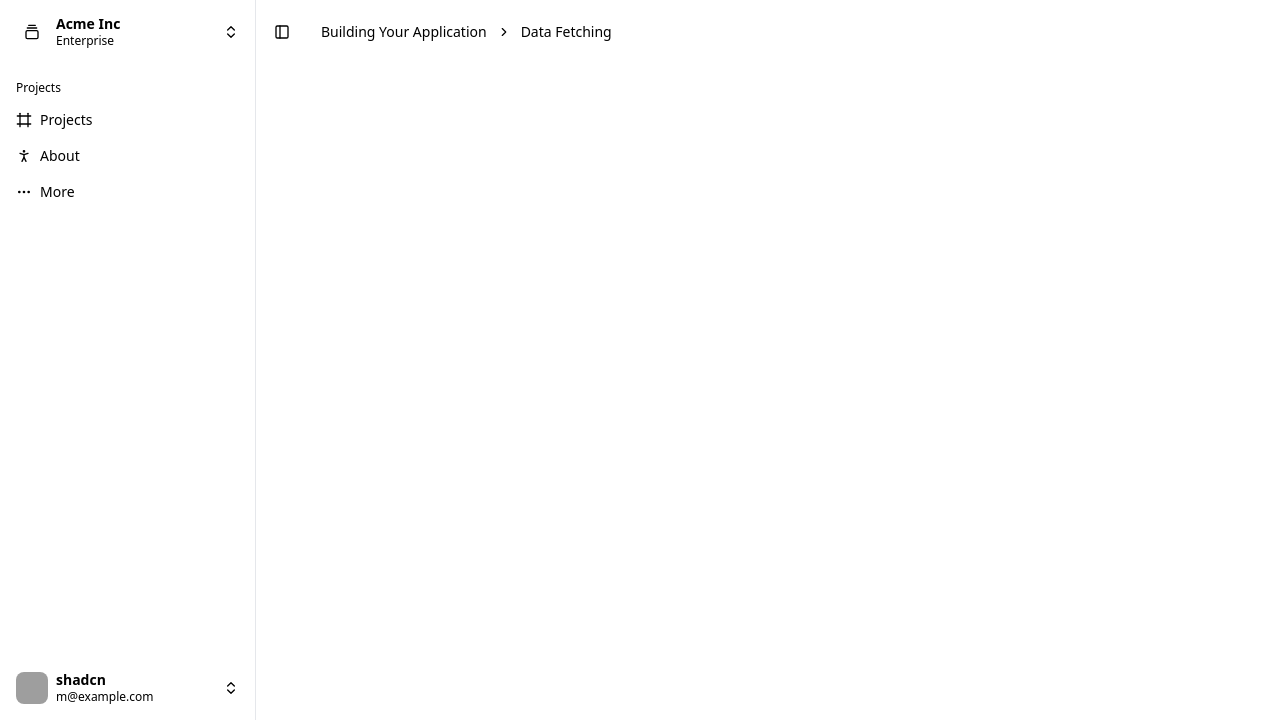
Repository: Kukaas/Kukaass-Portfolio
Page: /
These files come from the project's save history. The page is drawn as it stood at one moment and after the next save; the edit follows.
The browser window is 1280 px wide. The pictures show the whole page.
Pictures or frames that could not be fetched are drawn as grey boxes. The project was rebuilt for these pictures with package versions that can differ from the ones it lists, and the page was loaded fresh each time. Also part of the build but not shown: vite.config.js, src/components/ui/input.jsx, src/components/ui/sheet.jsx, src/components/ui/skeleton.jsx.

Above is the page before, as saved 2024-12-17 13:05:39.

### index.html
<!DOCTYPE html>
<html lang="en">
  <head>
    <meta charset="UTF-8" />
    <link rel="icon" type="image/svg+xml" href="/vite.svg" />
    <meta name="viewport" content="width=device-width, initial-scale=1.0" />
    <title>Kukaass Dev</title>
  </head>
  <body>
    <div id="root"></div>
    <script type="module" src="/src/main.jsx"></script>
  </body>
</html>

### src/App.jsx
import Home from "./components/dashboard/Home";

function App() {
  return (
    <div>
      <Home />
    </div>
  );
}

export default App;

### src/components/dashboard/Home.jsx
import { AppSidebar } from "@/components/app-sidebar";
import {
  Breadcrumb,
  BreadcrumbItem,
  BreadcrumbLink,
  BreadcrumbList,
  BreadcrumbPage,
  BreadcrumbSeparator,
} from "@/components/ui/breadcrumb";
import { Separator } from "@/components/ui/separator";
import {
  SidebarInset,
  SidebarProvider,
  SidebarTrigger,
} from "@/components/ui/sidebar";

export default function Home() {
  return (
    <SidebarProvider>
      <AppSidebar />
      <SidebarInset>
        <header className="flex h-16 shrink-0 items-center gap-2 transition-[width,height] ease-linear group-has-[[data-collapsible=icon]]/sidebar-wrapper:h-12">
          <div className="flex items-center gap-2 px-4">
            <SidebarTrigger className="-ml-1" />
            <Separator orientation="vertical" className="mr-2 h-4" />
            <Breadcrumb>
              <BreadcrumbList>
                <BreadcrumbItem className="hidden md:block">
                  <BreadcrumbLink href="#">
                    Building Your Application
                  </BreadcrumbLink>
                </BreadcrumbItem>
                <BreadcrumbSeparator className="hidden md:block" />
                <BreadcrumbItem>
                  <BreadcrumbPage>Data Fetching</BreadcrumbPage>
                </BreadcrumbItem>
              </BreadcrumbList>
            </Breadcrumb>
          </div>
        </header>
        <div className="flex flex-1 flex-col gap-4 p-4 pt-0">
          <div className="grid auto-rows-min gap-4 md:grid-cols-3">
            <div className="aspect-video rounded-xl bg-muted/50" />
            <div className="aspect-video rounded-xl bg-muted/50" />
            <div className="aspect-video rounded-xl bg-muted/50" />
          </div>
          <div className="min-h-[100vh] flex-1 rounded-xl bg-muted/50 md:min-h-min" />
        </div>
      </SidebarInset>
    </SidebarProvider>
  );
}

### src/components/app-sidebar.jsx
import {
  AudioWaveform,
  Command,
  Frame,
  GalleryVerticalEnd,
  Map,
  PersonStanding,
  PieChart,
} from "lucide-react";

import { NavProjects } from "@/components/nav-projects";
import { NavUser } from "@/components/nav-user";
import { TeamSwitcher } from "@/components/team-switcher";
import {
  Sidebar,
  SidebarContent,
  SidebarFooter,
  SidebarHeader,
  SidebarRail,
} from "@/components/ui/sidebar";

// This is sample data.
const data = {
  user: {
    name: "shadcn",
    email: "m@example.com",
    avatar: "/avatars/shadcn.jpg",
  },
  teams: [
    {
      name: "Acme Inc",
      logo: GalleryVerticalEnd,
      plan: "Enterprise",
    },
    {
      name: "Acme Corp.",
      logo: AudioWaveform,
      plan: "Startup",
    },
    {
      name: "Evil Corp.",
      logo: Command,
      plan: "Free",
    },
  ],

  projects: [
    {
      name: "Projects",
      url: "#",
      icon: Frame,
    },
    {
      name: "About",
      url: "#",
      icon: PersonStanding,
    },
  ],
};

export function AppSidebar({ ...props }) {
  return (
    <Sidebar collapsible="icon" {...props}>
      <SidebarHeader>
        <TeamSwitcher teams={data.teams} />
      </SidebarHeader>
      <SidebarContent>
        <NavProjects projects={data.projects} />
      </SidebarContent>
      <SidebarFooter>
        <NavUser user={data.user} />
      </SidebarFooter>
      <SidebarRail />
    </Sidebar>
  );
}

### src/components/ui/breadcrumb.jsx
import * as React from "react"
import { Slot } from "@radix-ui/react-slot"
import { ChevronRight, MoreHorizontal } from "lucide-react"

import { cn } from "@/lib/utils"

const Breadcrumb = React.forwardRef(
  ({ ...props }, ref) => <nav ref={ref} aria-label="breadcrumb" {...props} />
)
Breadcrumb.displayName = "Breadcrumb"

const BreadcrumbList = React.forwardRef(({ className, ...props }, ref) => (
  <ol
    ref={ref}
    className={cn(
      "flex flex-wrap items-center gap-1.5 break-words text-sm text-muted-foreground sm:gap-2.5",
      className
    )}
    {...props} />
))
BreadcrumbList.displayName = "BreadcrumbList"

const BreadcrumbItem = React.forwardRef(({ className, ...props }, ref) => (
  <li
    ref={ref}
    className={cn("inline-flex items-center gap-1.5", className)}
    {...props} />
))
BreadcrumbItem.displayName = "BreadcrumbItem"

const BreadcrumbLink = React.forwardRef(({ asChild, className, ...props }, ref) => {
  const Comp = asChild ? Slot : "a"

  return (
    (<Comp
      ref={ref}
      className={cn("transition-colors hover:text-foreground", className)}
      {...props} />)
  );
})
BreadcrumbLink.displayName = "BreadcrumbLink"

const BreadcrumbPage = React.forwardRef(({ className, ...props }, ref) => (
  <span
    ref={ref}
    role="link"
    aria-disabled="true"
    aria-current="page"
    className={cn("font-normal text-foreground", className)}
    {...props} />
))
BreadcrumbPage.displayName = "BreadcrumbPage"

const BreadcrumbSeparator = ({
  children,
  className,
  ...props
}) => (
  <li
    role="presentation"
    aria-hidden="true"
    className={cn("[&>svg]:w-3.5 [&>svg]:h-3.5", className)}
    {...props}>
    {children ?? <ChevronRight />}
  </li>
)
BreadcrumbSeparator.displayName = "BreadcrumbSeparator"

const BreadcrumbEllipsis = ({
  className,
  ...props
}) => (
  <span
    role="presentation"
    aria-hidden="true"
    className={cn("flex h-9 w-9 items-center justify-center", className)}
    {...props}>
    <MoreHorizontal className="h-4 w-4" />
    <span className="sr-only">More</span>
  </span>
)
BreadcrumbEllipsis.displayName = "BreadcrumbElipssis"

export {
  Breadcrumb,
  BreadcrumbList,
  BreadcrumbItem,
  BreadcrumbLink,
  BreadcrumbPage,
  BreadcrumbSeparator,
  BreadcrumbEllipsis,
}

### src/components/nav-projects.jsx
import { Folder, Forward, MoreHorizontal, Trash2 } from "lucide-react";

import {
  DropdownMenu,
  DropdownMenuContent,
  DropdownMenuItem,
  DropdownMenuSeparator,
  DropdownMenuTrigger,
} from "@/components/ui/dropdown-menu"
import {
  SidebarGroup,
  SidebarGroupLabel,
  SidebarMenu,
  SidebarMenuAction,
  SidebarMenuButton,
  SidebarMenuItem,
  useSidebar,
} from "@/components/ui/sidebar"

export function NavProjects({
  projects
}) {
  const { isMobile } = useSidebar()

  return (
    (<SidebarGroup className="group-data-[collapsible=icon]:hidden">
      <SidebarGroupLabel>Projects</SidebarGroupLabel>
      <SidebarMenu>
        {projects.map((item) => (
          <SidebarMenuItem key={item.name}>
            <SidebarMenuButton asChild>
              <a href={item.url}>
                <item.icon />
                <span>{item.name}</span>
              </a>
            </SidebarMenuButton>
            <DropdownMenu>
              <DropdownMenuTrigger asChild>
                <SidebarMenuAction showOnHover>
                  <MoreHorizontal />
                  <span className="sr-only">More</span>
                </SidebarMenuAction>
              </DropdownMenuTrigger>
              <DropdownMenuContent
                className="w-48 rounded-lg"
                side={isMobile ? "bottom" : "right"}
                align={isMobile ? "end" : "start"}>
                <DropdownMenuItem>
                  <Folder className="text-muted-foreground" />
                  <span>View Project</span>
                </DropdownMenuItem>
                <DropdownMenuItem>
                  <Forward className="text-muted-foreground" />
                  <span>Share Project</span>
                </DropdownMenuItem>
                <DropdownMenuSeparator />
                <DropdownMenuItem>
                  <Trash2 className="text-muted-foreground" />
                  <span>Delete Project</span>
                </DropdownMenuItem>
              </DropdownMenuContent>
            </DropdownMenu>
          </SidebarMenuItem>
        ))}
        <SidebarMenuItem>
          <SidebarMenuButton className="text-sidebar-foreground/70">
            <MoreHorizontal className="text-sidebar-foreground/70" />
            <span>More</span>
          </SidebarMenuButton>
        </SidebarMenuItem>
      </SidebarMenu>
    </SidebarGroup>)
  );
}

### src/components/nav-user.jsx
"use client"

import {
  BadgeCheck,
  Bell,
  ChevronsUpDown,
  CreditCard,
  LogOut,
  Sparkles,
} from "lucide-react"

import {
  Avatar,
  AvatarFallback,
  AvatarImage,
} from "@/components/ui/avatar"
import {
  DropdownMenu,
  DropdownMenuContent,
  DropdownMenuGroup,
  DropdownMenuItem,
  DropdownMenuLabel,
  DropdownMenuSeparator,
  DropdownMenuTrigger,
} from "@/components/ui/dropdown-menu"
import {
  SidebarMenu,
  SidebarMenuButton,
  SidebarMenuItem,
  useSidebar,
} from "@/components/ui/sidebar"

export function NavUser({
  user
}) {
  const { isMobile } = useSidebar()

  return (
    (<SidebarMenu>
      <SidebarMenuItem>
        <DropdownMenu>
          <DropdownMenuTrigger asChild>
            <SidebarMenuButton
              size="lg"
              className="data-[state=open]:bg-sidebar-accent data-[state=open]:text-sidebar-accent-foreground">
              <Avatar className="h-8 w-8 rounded-lg">
                <AvatarImage src={user.avatar} alt={user.name} />
                <AvatarFallback className="rounded-lg">CN</AvatarFallback>
              </Avatar>
              <div className="grid flex-1 text-left text-sm leading-tight">
                <span className="truncate font-semibold">{user.name}</span>
                <span className="truncate text-xs">{user.email}</span>
              </div>
              <ChevronsUpDown className="ml-auto size-4" />
            </SidebarMenuButton>
          </DropdownMenuTrigger>
          <DropdownMenuContent
            className="w-[--radix-dropdown-menu-trigger-width] min-w-56 rounded-lg"
            side={isMobile ? "bottom" : "right"}
            align="end"
            sideOffset={4}>
            <DropdownMenuLabel className="p-0 font-normal">
              <div className="flex items-center gap-2 px-1 py-1.5 text-left text-sm">
                <Avatar className="h-8 w-8 rounded-lg">
                  <AvatarImage src={user.avatar} alt={user.name} />
                  <AvatarFallback className="rounded-lg">CN</AvatarFallback>
                </Avatar>
                <div className="grid flex-1 text-left text-sm leading-tight">
                  <span className="truncate font-semibold">{user.name}</span>
                  <span className="truncate text-xs">{user.email}</span>
                </div>
              </div>
            </DropdownMenuLabel>
            <DropdownMenuSeparator />
            <DropdownMenuGroup>
              <DropdownMenuItem>
                <Sparkles />
                Upgrade to Pro
              </DropdownMenuItem>
            </DropdownMenuGroup>
            <DropdownMenuSeparator />
            <DropdownMenuGroup>
              <DropdownMenuItem>
                <BadgeCheck />
                Account
              </DropdownMenuItem>
              <DropdownMenuItem>
                <CreditCard />
                Billing
              </DropdownMenuItem>
              <DropdownMenuItem>
                <Bell />
                Notifications
              </DropdownMenuItem>
            </DropdownMenuGroup>
            <DropdownMenuSeparator />
            <DropdownMenuItem>
              <LogOut />
              Log out
            </DropdownMenuItem>
          </DropdownMenuContent>
        </DropdownMenu>
      </SidebarMenuItem>
    </SidebarMenu>)
  );
}

### src/components/team-switcher.jsx
import * as React from "react"
import { ChevronsUpDown, Plus } from "lucide-react"

import {
  DropdownMenu,
  DropdownMenuContent,
  DropdownMenuItem,
  DropdownMenuLabel,
  DropdownMenuSeparator,
  DropdownMenuShortcut,
  DropdownMenuTrigger,
} from "@/components/ui/dropdown-menu"
import {
  SidebarMenu,
  SidebarMenuButton,
  SidebarMenuItem,
  useSidebar,
} from "@/components/ui/sidebar"

export function TeamSwitcher({
  teams
}) {
  const { isMobile } = useSidebar()
  const [activeTeam, setActiveTeam] = React.useState(teams[0])

  return (
    (<SidebarMenu>
      <SidebarMenuItem>
        <DropdownMenu>
          <DropdownMenuTrigger asChild>
            <SidebarMenuButton
              size="lg"
              className="data-[state=open]:bg-sidebar-accent data-[state=open]:text-sidebar-accent-foreground">
              <div
                className="flex aspect-square size-8 items-center justify-center rounded-lg bg-sidebar-primary text-sidebar-primary-foreground">
                <activeTeam.logo className="size-4" />
              </div>
              <div className="grid flex-1 text-left text-sm leading-tight">
                <span className="truncate font-semibold">
                  {activeTeam.name}
                </span>
                <span className="truncate text-xs">{activeTeam.plan}</span>
              </div>
              <ChevronsUpDown className="ml-auto" />
            </SidebarMenuButton>
          </DropdownMenuTrigger>
          <DropdownMenuContent
            className="w-[--radix-dropdown-menu-trigger-width] min-w-56 rounded-lg"
            align="start"
            side={isMobile ? "bottom" : "right"}
            sideOffset={4}>
            <DropdownMenuLabel className="text-xs text-muted-foreground">
              Teams
            </DropdownMenuLabel>
            {teams.map((team, index) => (
              <DropdownMenuItem key={team.name} onClick={() => setActiveTeam(team)} className="gap-2 p-2">
                <div className="flex size-6 items-center justify-center rounded-sm border">
                  <team.logo className="size-4 shrink-0" />
                </div>
                {team.name}
                <DropdownMenuShortcut>⌘{index + 1}</DropdownMenuShortcut>
              </DropdownMenuItem>
            ))}
            <DropdownMenuSeparator />
            <DropdownMenuItem className="gap-2 p-2">
              <div
                className="flex size-6 items-center justify-center rounded-md border bg-background">
                <Plus className="size-4" />
              </div>
              <div className="font-medium text-muted-foreground">Add team</div>
            </DropdownMenuItem>
          </DropdownMenuContent>
        </DropdownMenu>
      </SidebarMenuItem>
    </SidebarMenu>)
  );
}

### src/components/ui/button.jsx
import * as React from "react"
import { Slot } from "@radix-ui/react-slot"
import { cva } from "class-variance-authority";

import { cn } from "@/lib/utils"

const buttonVariants = cva(
  "inline-flex items-center justify-center gap-2 whitespace-nowrap rounded-md text-sm font-medium ring-offset-background transition-colors focus-visible:outline-none focus-visible:ring-2 focus-visible:ring-ring focus-visible:ring-offset-2 disabled:pointer-events-none disabled:opacity-50 [&_svg]:pointer-events-none [&_svg]:size-4 [&_svg]:shrink-0",
  {
    variants: {
      variant: {
        default: "bg-primary text-primary-foreground hover:bg-primary/90",
        destructive:
          "bg-destructive text-destructive-foreground hover:bg-destructive/90",
        outline:
          "border border-input bg-background hover:bg-accent hover:text-accent-foreground",
        secondary:
          "bg-secondary text-secondary-foreground hover:bg-secondary/80",
        ghost: "hover:bg-accent hover:text-accent-foreground",
        link: "text-primary underline-offset-4 hover:underline",
      },
      size: {
        default: "h-10 px-4 py-2",
        sm: "h-9 rounded-md px-3",
        lg: "h-11 rounded-md px-8",
        icon: "h-10 w-10",
      },
    },
    defaultVariants: {
      variant: "default",
      size: "default",
    },
  }
)

const Button = React.forwardRef(({ className, variant, size, asChild = false, ...props }, ref) => {
  const Comp = asChild ? Slot : "button"
  return (
    (<Comp
      className={cn(buttonVariants({ variant, size, className }))}
      ref={ref}
      {...props} />)
  );
})
Button.displayName = "Button"

export { Button, buttonVariants }

### src/components/ui/avatar.jsx
import * as React from "react"
import * as AvatarPrimitive from "@radix-ui/react-avatar"

import { cn } from "@/lib/utils"

const Avatar = React.forwardRef(({ className, ...props }, ref) => (
  <AvatarPrimitive.Root
    ref={ref}
    className={cn("relative flex h-10 w-10 shrink-0 overflow-hidden rounded-full", className)}
    {...props} />
))
Avatar.displayName = AvatarPrimitive.Root.displayName

const AvatarImage = React.forwardRef(({ className, ...props }, ref) => (
  <AvatarPrimitive.Image
    ref={ref}
    className={cn("aspect-square h-full w-full", className)}
    {...props} />
))
AvatarImage.displayName = AvatarPrimitive.Image.displayName

const AvatarFallback = React.forwardRef(({ className, ...props }, ref) => (
  <AvatarPrimitive.Fallback
    ref={ref}
    className={cn(
      "flex h-full w-full items-center justify-center rounded-full bg-muted",
      className
    )}
    {...props} />
))
AvatarFallback.displayName = AvatarPrimitive.Fallback.displayName

export { Avatar, AvatarImage, AvatarFallback }

### src/components/nav-main.jsx
"use client"

import { ChevronRight } from "lucide-react";

import {
  Collapsible,
  CollapsibleContent,
  CollapsibleTrigger,
} from "@/components/ui/collapsible"
import {
  SidebarGroup,
  SidebarGroupLabel,
  SidebarMenu,
  SidebarMenuButton,
  SidebarMenuItem,
  SidebarMenuSub,
  SidebarMenuSubButton,
  SidebarMenuSubItem,
} from "@/components/ui/sidebar"

export function NavMain({
  items
}) {
  return (
    (<SidebarGroup>
      <SidebarGroupLabel>Platform</SidebarGroupLabel>
      <SidebarMenu>
        {items.map((item) => (
          <Collapsible
            key={item.title}
            asChild
            defaultOpen={item.isActive}
            className="group/collapsible">
            <SidebarMenuItem>
              <CollapsibleTrigger asChild>
                <SidebarMenuButton tooltip={item.title}>
                  {item.icon && <item.icon />}
                  <span>{item.title}</span>
                  <ChevronRight
                    className="ml-auto transition-transform duration-200 group-data-[state=open]/collapsible:rotate-90" />
                </SidebarMenuButton>
              </CollapsibleTrigger>
              <CollapsibleContent>
                <SidebarMenuSub>
                  {item.items?.map((subItem) => (
                    <SidebarMenuSubItem key={subItem.title}>
                      <SidebarMenuSubButton asChild>
                        <a href={subItem.url}>
                          <span>{subItem.title}</span>
                        </a>
                      </SidebarMenuSubButton>
                    </SidebarMenuSubItem>
                  ))}
                </SidebarMenuSub>
              </CollapsibleContent>
            </SidebarMenuItem>
          </Collapsible>
        ))}
      </SidebarMenu>
    </SidebarGroup>)
  );
}

### src/components/ui/tooltip.jsx
import * as React from "react"
import * as TooltipPrimitive from "@radix-ui/react-tooltip"

import { cn } from "@/lib/utils"

const TooltipProvider = TooltipPrimitive.Provider

const Tooltip = TooltipPrimitive.Root

const TooltipTrigger = TooltipPrimitive.Trigger

const TooltipContent = React.forwardRef(({ className, sideOffset = 4, ...props }, ref) => (
  <TooltipPrimitive.Content
    ref={ref}
    sideOffset={sideOffset}
    className={cn(
      "z-50 overflow-hidden rounded-md border bg-popover px-3 py-1.5 text-sm text-popover-foreground shadow-md animate-in fade-in-0 zoom-in-95 data-[state=closed]:animate-out data-[state=closed]:fade-out-0 data-[state=closed]:zoom-out-95 data-[side=bottom]:slide-in-from-top-2 data-[side=left]:slide-in-from-right-2 data-[side=right]:slide-in-from-left-2 data-[side=top]:slide-in-from-bottom-2",
      className
    )}
    {...props} />
))
TooltipContent.displayName = TooltipPrimitive.Content.displayName

export { Tooltip, TooltipTrigger, TooltipContent, TooltipProvider }

Loaded but not shown: src/main.jsx (common file); src/index.css (common file); src/components/ui/separator.jsx (common file); src/lib/utils.js (common file); src/hooks/use-mobile.jsx (common file); tailwind.config.js (common file); src/components/ui/collapsible.jsx (common file); src/components/ui/sidebar.jsx (620 lines, source omitted); src/components/ui/dropdown-menu.jsx (157 lines, source omitted)

After the next save:
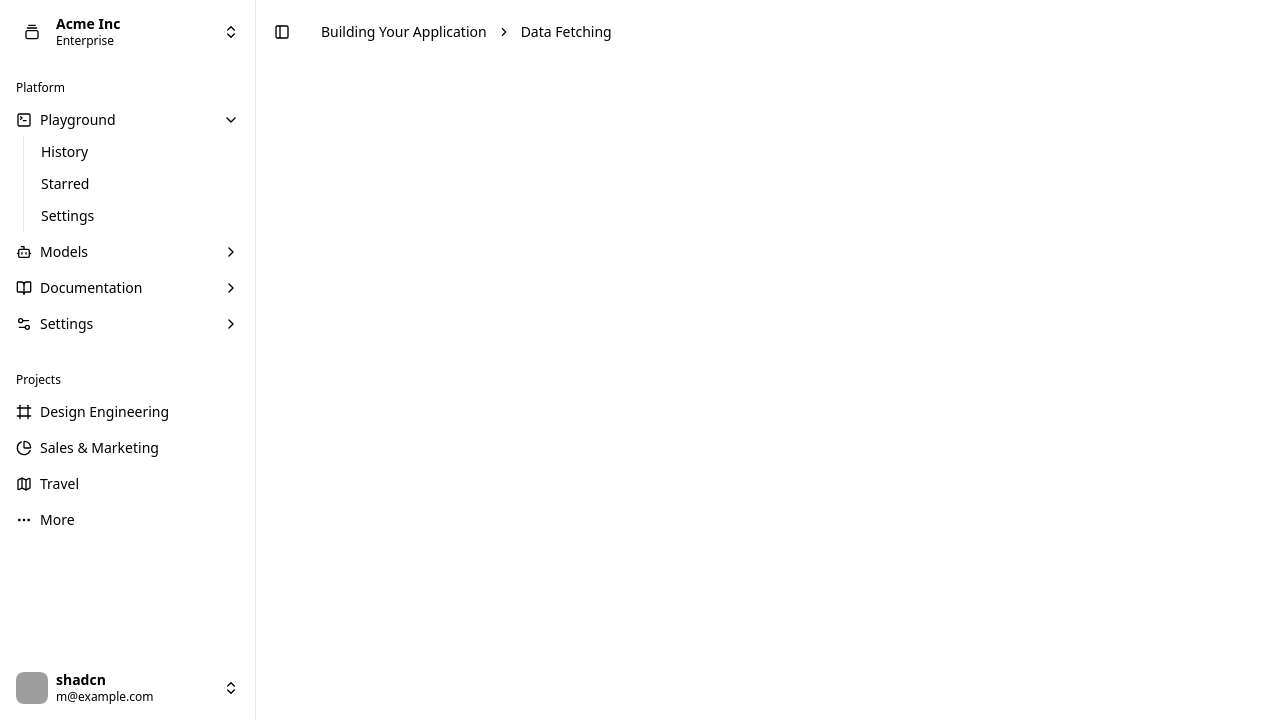
Saved 77 s later.
--- a/src/components/app-sidebar.jsx
+++ b/src/components/app-sidebar.jsx
@@ -1,13 +1,18 @@
+import * as React from "react";
 import {
   AudioWaveform,
+  BookOpen,
+  Bot,
   Command,
   Frame,
   GalleryVerticalEnd,
   Map,
-  PersonStanding,
   PieChart,
+  Settings2,
+  SquareTerminal,
 } from "lucide-react";
 
+import { NavMain } from "@/components/nav-main";
 import { NavProjects } from "@/components/nav-projects";
 import { NavUser } from "@/components/nav-user";
 import { TeamSwitcher } from "@/components/team-switcher";
@@ -43,17 +48,108 @@ const data = {
       plan: "Free",
     },
   ],
-
+  navMain: [
+    {
+      title: "Playground",
+      url: "#",
+      icon: SquareTerminal,
+      isActive: true,
+      items: [
+        {
+          title: "History",
+          url: "#",
+        },
+        {
+          title: "Starred",
+          url: "#",
+        },
+        {
+          title: "Settings",
+          url: "#",
+        },
+      ],
+    },
+    {
+      title: "Models",
+      url: "#",
+      icon: Bot,
+      items: [
+        {
+          title: "Genesis",
+          url: "#",
+        },
+        {
+          title: "Explorer",
+          url: "#",
+        },
+        {
+          title: "Quantum",
+          url: "#",
+        },
+      ],
+    },
+    {
+      title: "Documentation",
+      url: "#",
+      icon: BookOpen,
+      items: [
+        {
+          title: "Introduction",
+          url: "#",
+        },
+        {
+          title: "Get Started",
+          url: "#",
+        },
+        {
+          title: "Tutorials",
+          url: "#",
+        },
+        {
+          title: "Changelog",
+          url: "#",
+        },
+      ],
+    },
+    {
+      title: "Settings",
+      url: "#",
+      icon: Settings2,
+      items: [
+        {
+          title: "General",
+          url: "#",
+        },
+        {
+          title: "Team",
+          url: "#",
+        },
+        {
+          title: "Billing",
+          url: "#",
+        },
+        {
+          title: "Limits",
+          url: "#",
+        },
+      ],
+    },
+  ],
   projects: [
     {
-      name: "Projects",
+      name: "Design Engineering",
       url: "#",
       icon: Frame,
     },
     {
-      name: "About",
+      name: "Sales & Marketing",
       url: "#",
-      icon: PersonStanding,
+      icon: PieChart,
+    },
+    {
+      name: "Travel",
+      url: "#",
+      icon: Map,
     },
   ],
 };
@@ -65,6 +161,7 @@ export function AppSidebar({ ...props }) {
         <TeamSwitcher teams={data.teams} />
       </SidebarHeader>
       <SidebarContent>
+        <NavMain items={data.navMain} />
         <NavProjects projects={data.projects} />
       </SidebarContent>
       <SidebarFooter>
